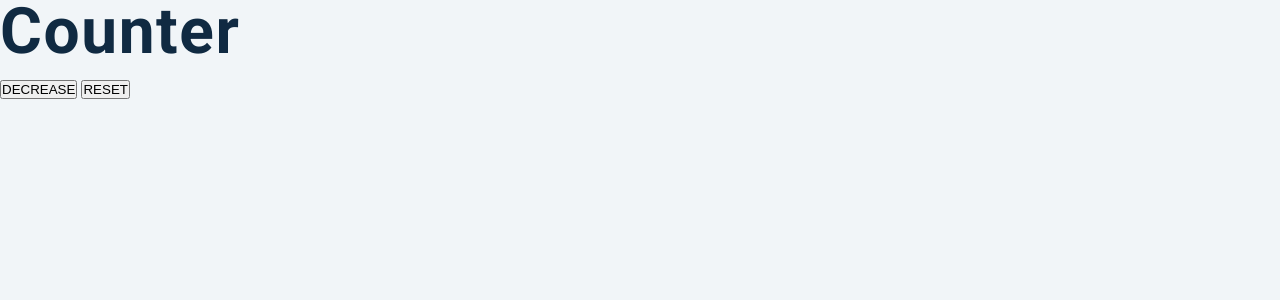
Repository: hseunghwan/practice-vanilla-javascript
Page: Counter/Counter.html
These files come from the project's save history. The page is drawn as it stood at one moment and after the next save; the edit follows.
The browser window is 1280 px wide. The pictures show the whole page.

Above is the page before, as saved 2023-05-09 20:17:26.

After the next save:
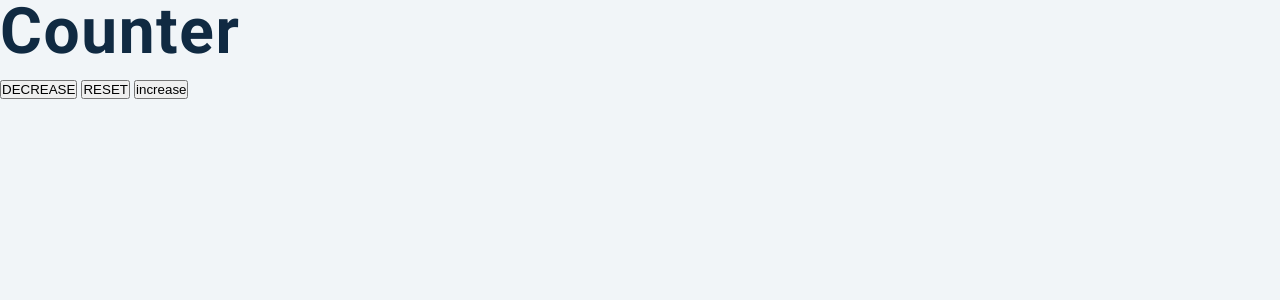
Saved 69 s later.
--- a/Counter/Counter.html
+++ b/Counter/Counter.html
@@ -11,6 +11,7 @@
         <div class="bottonbox">
             <button id="decrease">DECREASE</button>
             <button id="reset">RESET</button>
+            <button id="increase">increase</button>
         </div>
     </body>
 </html>
